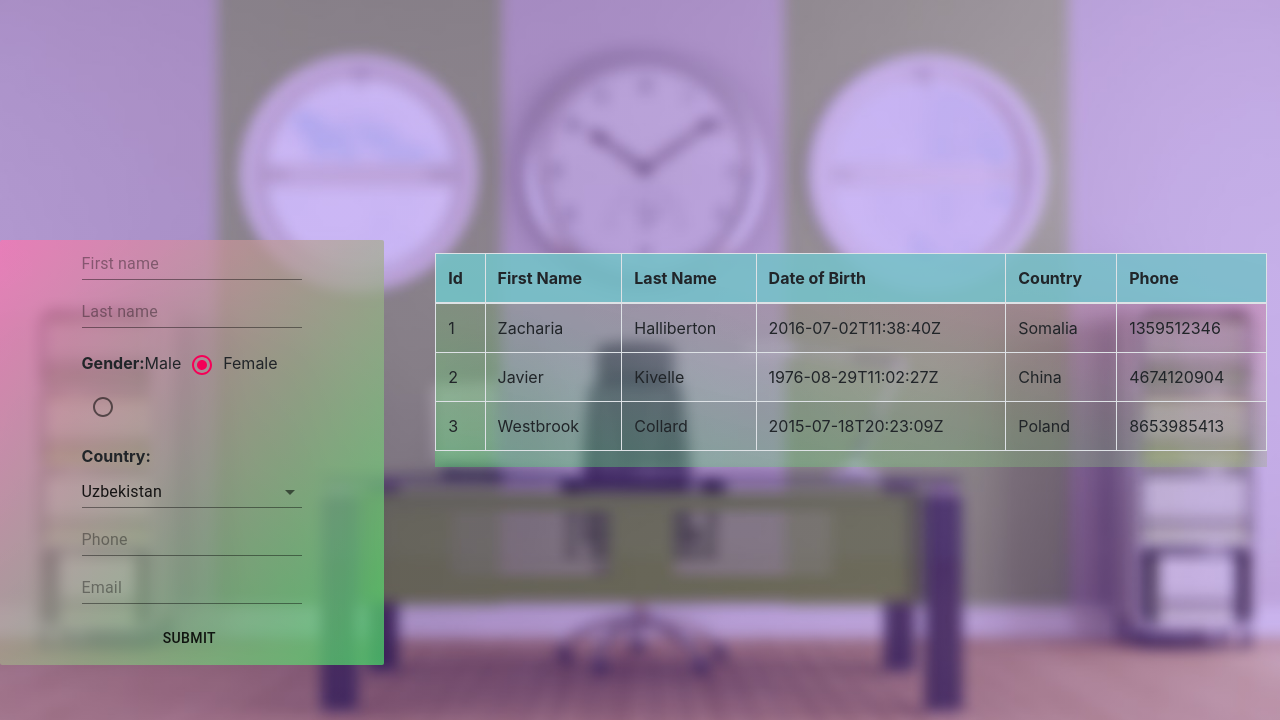
Repository: abrorsaidov/table-table
Page: /
The author's editor kept a copy of each file at every save. The page is drawn from the files as they stood at one save, then again after the next save.
The browser window is 1280 px wide. The pictures show the whole page.
The project was rebuilt for these pictures with package versions that can differ from the ones it lists, and the page was loaded fresh each time. Also part of the build but not shown: src/components/ComponentC.js.

Above is the page before, as saved 2020-12-05 01:11:24.

### src/App.js
import React, { useContext } from 'react';
import './App.css';
import UserContext from './components/userContext';
import State from './components/state';
import ComponentC from './components/ComponentC';
import Forms from './components/Forms';
import MyTable from './components/MyTable';

function App() {
    return (
        <State>
            <div className='App'>
                <Forms />
                <MyTable />
            </div>
        </State>
    );
}

export default App;

### src/App.css
@import url("https://fonts.googleapis.com/css2?family=Nunito+Sans:wght@200&display=swap");

* {
  margin: 0;
  padding: 0;
}

body {
  background: linear-gradient(
      to bottom right,
      rgba(104, 37, 238, 0.3),
      rgba(104, 37, 238, 0.3)
    ),
    url("../src/office.jpg");
  background-attachment: fixed;
  background-repeat: no-repeat;
  font-family: "Nunito Sans", sans-serif;
  background-size: cover;
}

.form-wrapper {
  background: linear-gradient(
    to bottom right,
    rgba(255, 114, 175, 0.7),
    rgba(75, 226, 105, 0.7)
  );
  display: flex;
  flex-direction: column;
  justify-content: center;
  align-items: center;
  width: 30%;
  left: 10%;
  border-radius: 2px;
  margin-top: 15em;
  /* transform: translateY(50%); */
  padding: 0.5em;
}

.text {
  width: 60%;
}
.text .country {
  display: flex;
  justify-content: space-between;
}
.text {
  margin-bottom: 1em;
}
label.main {
  font-weight: bold;
}

.submit-btn {
  background: rgba(129, 232, 27, 0.912);
  width: 60%;
  text-align: center;
  border-radius: 7px;
}
small.error {
  display: block;
  color: red;
}
small.hide {
  color: red;
  display: none;
}

option {
  cursor: pointer;
}

.inputs {
  width: 100%;
}

.myTable {
  background: linear-gradient(
    to top right,
    rgba(75, 226, 105, 0.4),
    rgba(255, 114, 175, 0.337)
  );
  position: absolute;
  width: 65%;
  top: 50%;
  transform: translateY(-50%);
  right: 1%;
  /* justify-content: center;
  display: flex; */
}

thead {
  background: rgba(113, 195, 204, 0.83);
}

### src/components/state.js
import React, { useReducer } from 'react';
import reducer from './reducer';
import UserContext from './userContext';

const State = props => {
    const initialState = {
        loading: false,
    };

    const [state, dispatch] = useReducer(reducer, initialState);

    const setLoading = () => {
        dispatch({
            type: 'LOADING',
        });
    };

    const clearLoading = () => {
        dispatch({
            type: 'CLEAR_LOADING',
        });
    };

    return (
        <UserContext.Provider
            value={{ loading: state.loading, setLoading, clearLoading }}
        >
            {props.children}
        </UserContext.Provider>
    );
};

export default State;

### src/components/MyTable.js
import React, { useMemo } from "react";
import { useTable } from "react-table";
import MOCK_DATA from "./MOCK_DATA.json";
import { COLUMNS } from "./columns";
import { Table } from "react-bootstrap";
import "bootstrap/dist/css/bootstrap.min.css";

const MyTable = () => {
  const columns = useMemo(() => COLUMNS, []);
  const data = useMemo(() => MOCK_DATA, []);

  const tableInstance = useTable({
    columns,
    data,
  });

  const {
    getTableProps,
    getTableBodyProps,
    headerGroups,
    rows,
    prepareRow,
  } = tableInstance;

  return (
    <div className="myTable">
      <Table striped bordered hover className={""} {...getTableProps()}>
        <thead>
          {headerGroups.map((headerGroup) => (
            <tr {...headerGroup.getHeaderGroupProps()}>
              {headerGroup.headers.map((column) => (
                <th {...column.getHeaderProps()}>{column.render("Header")}</th>
              ))}
            </tr>
          ))}
        </thead>
        <tbody {...getTableBodyProps()}>
          {rows.map((row) => {
            prepareRow(row);
            return (
              <tr {...row.getRowProps()}>
                {row.cells.map((cell) => {
                  return (
                    <td {...cell.getCellProps()}>{cell.render("Cell")}</td>
                  );
                })}
              </tr>
            );
          })}
        </tbody>
      </Table>
    </div>
  );
};

export default MyTable;

### src/components/reducer.js
export default (state, action) => {
    switch (action.type) {
        case 'LOADING':
            return {
                ...state,
                loading: true,
            };
        case 'CLEAR_LOADING':
            return {
                ...state,
                loading: false,
            };
    }
};

### src/components/columns.js
export const COLUMNS = [
    {
        Header: 'Id',
        accessor: 'id',
    },
    {
        Header: 'First Name',
        accessor: 'first_name',
    },
    {
        Header: 'Last Name',
        accessor: 'last_name',
    },
    {
        Header: 'Date of Birth',
        accessor: 'date_of_birth',
    },
    {
        Header: 'Country',
        accessor: 'country',
    },
    {
        Header: 'Phone',
        accessor: 'phone',
    },
];

Loaded but not shown: public/index.html (common file); src/index.js (common file); src/index.css (common file); src/reportWebVitals.js (common file); src/components/userContext.js (common file); src/components/MOCK_DATA.json (32 lines, source omitted); src/components/Forms.js (492 lines, source omitted)

After the next save:
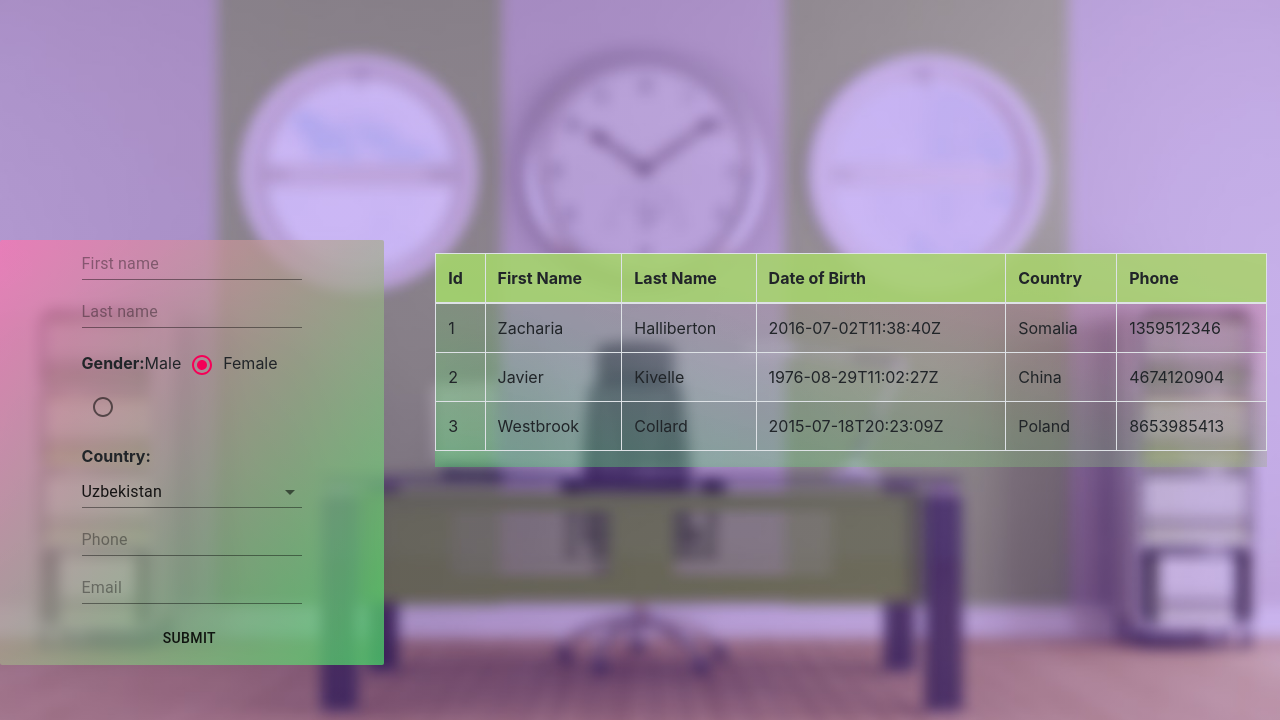
Saved 10 s later.
--- a/src/App.css
+++ b/src/App.css
@@ -89,5 +89,5 @@ option {
 }
 
 thead {
-  background: rgba(113, 195, 204, 0.83);
+  background: rgba(165, 216, 106, 0.83);
 }
